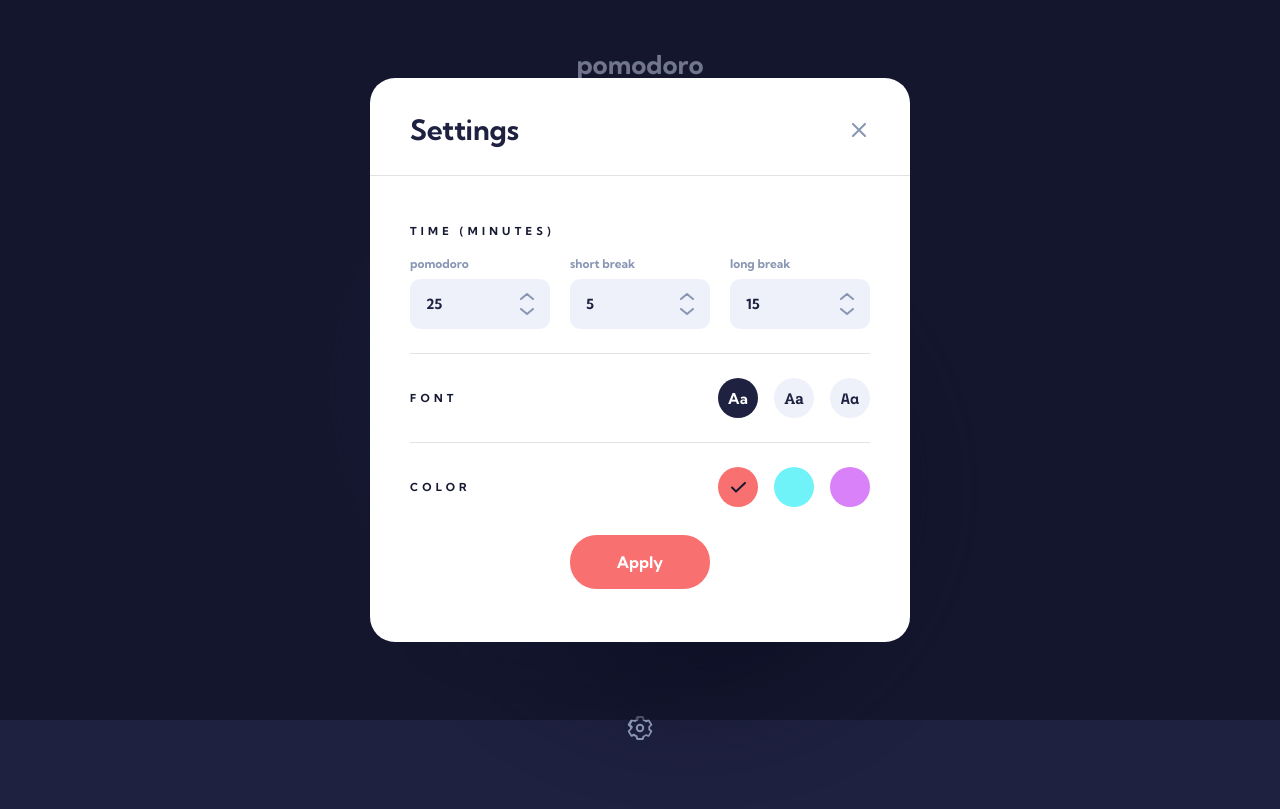
Repository: blordeus/pomodoro-app
Page: /, after clicking the first element matching `button.settings-trigger`
These files come from the project's save history. The page is drawn as it stood at one moment and after the next save; the edit follows.
The browser window is 1280 px wide. The pictures show the whole page.
The project was rebuilt for these pictures with package versions that can differ from the ones it lists, and the page was loaded fresh each time.

Above is the page before, as saved 2026-05-09 17:59:23.

After the next save:
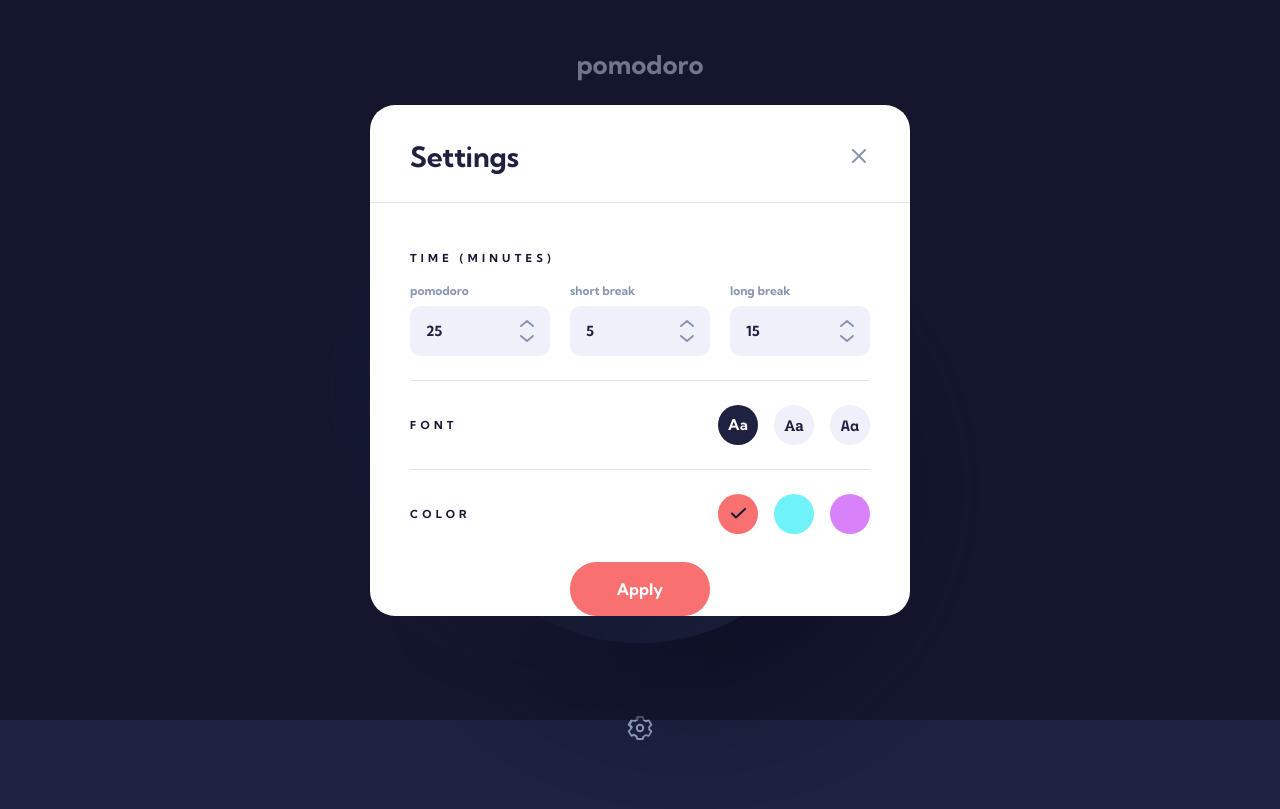
Saved 5 min 52 s later.
--- a/src/index.css
+++ b/src/index.css
@@ -286,7 +286,7 @@ button {
 .modal__footer {
   display: flex;
   justify-content: center;
-  padding-bottom: 53px;
+  padding-bottom: 0px;
   /* Apply button overlaps the bottom of the modal */
   margin-top: -20px;
 }
